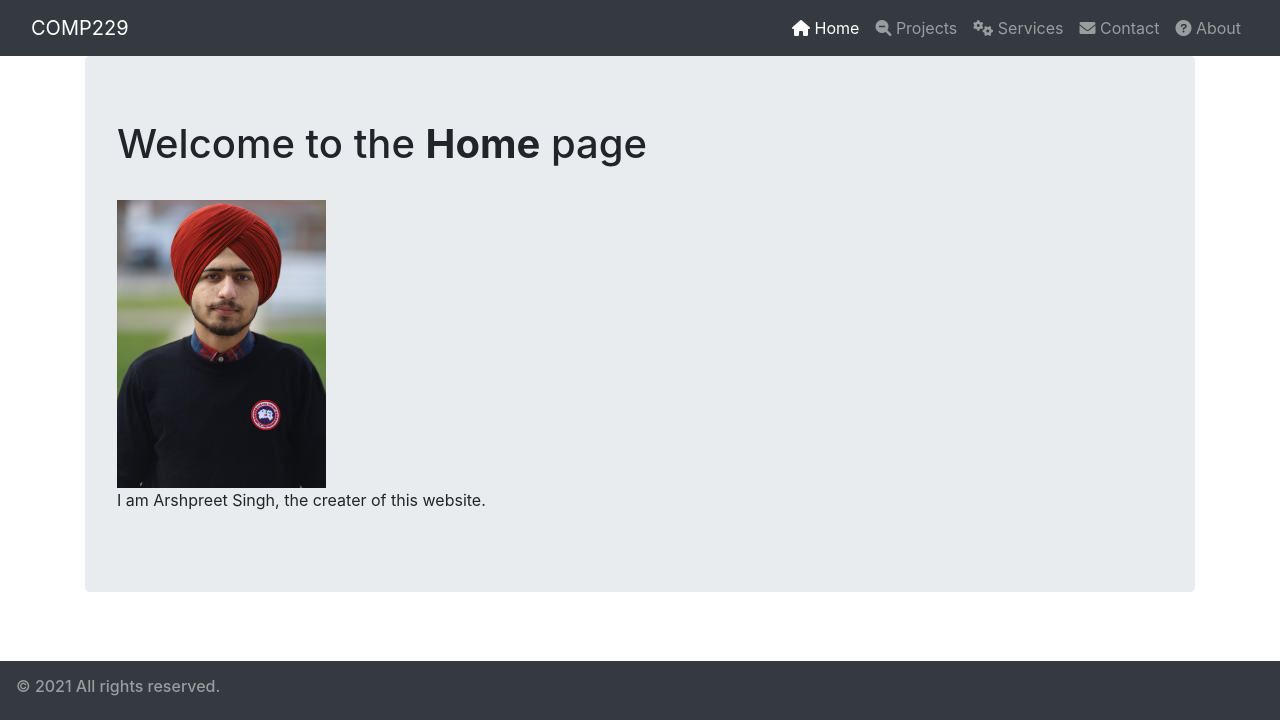
Repository: arsh16/week3_demo2
Page: http://localhost/
An editor plug-in stored every save of this project. The page is shown before and after the next save, followed by the edit.
The browser window is 1280 px wide. The pictures show the whole page.
Some web libraries are served in a nearby version. The page is served by the project's Node server (server.js).

Above is the page before, as saved 2021-09-30 17:43:12.

After the next save:
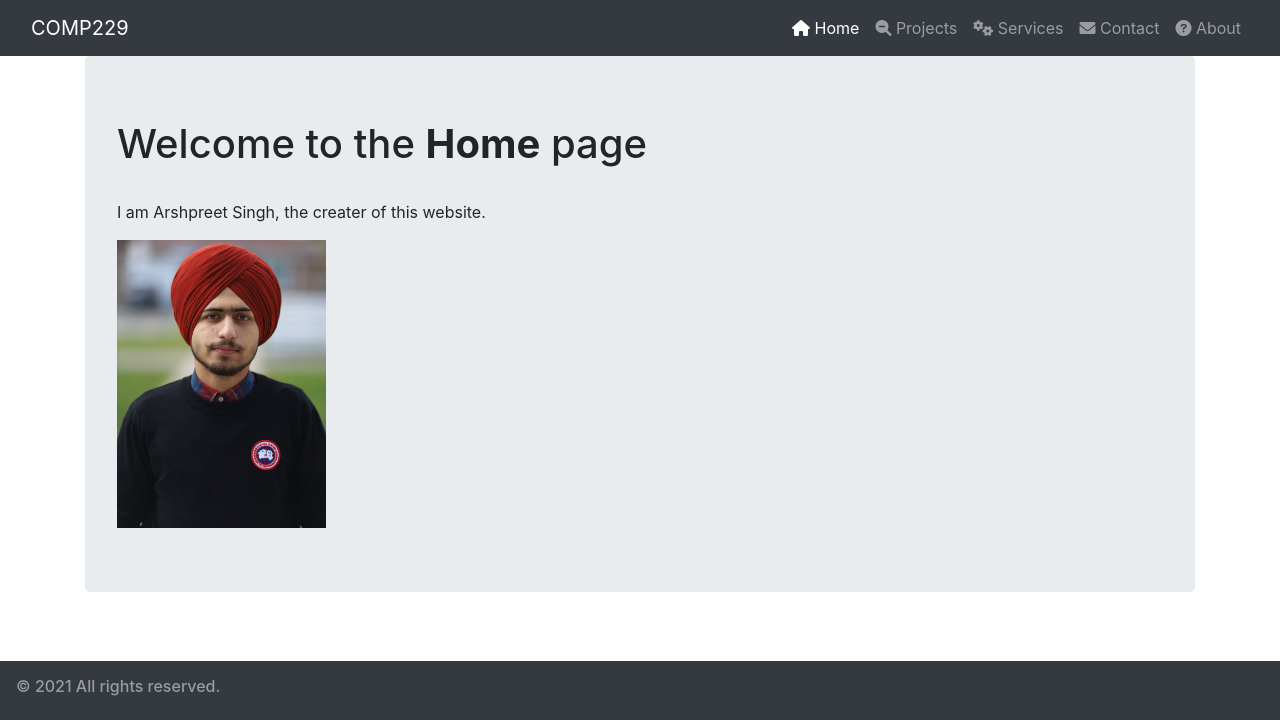
Saved 18 s later.
--- a/views/contents/home.ejs
+++ b/views/contents/home.ejs
@@ -1,3 +1,3 @@
 <br>
+<p>I am Arshpreet Singh, the creater of this website. </p>
 <img src="\Assets\images\arsh.jpg" width="20%">
-<p>I am Arshpreet Singh, the creater of this website. </p>
